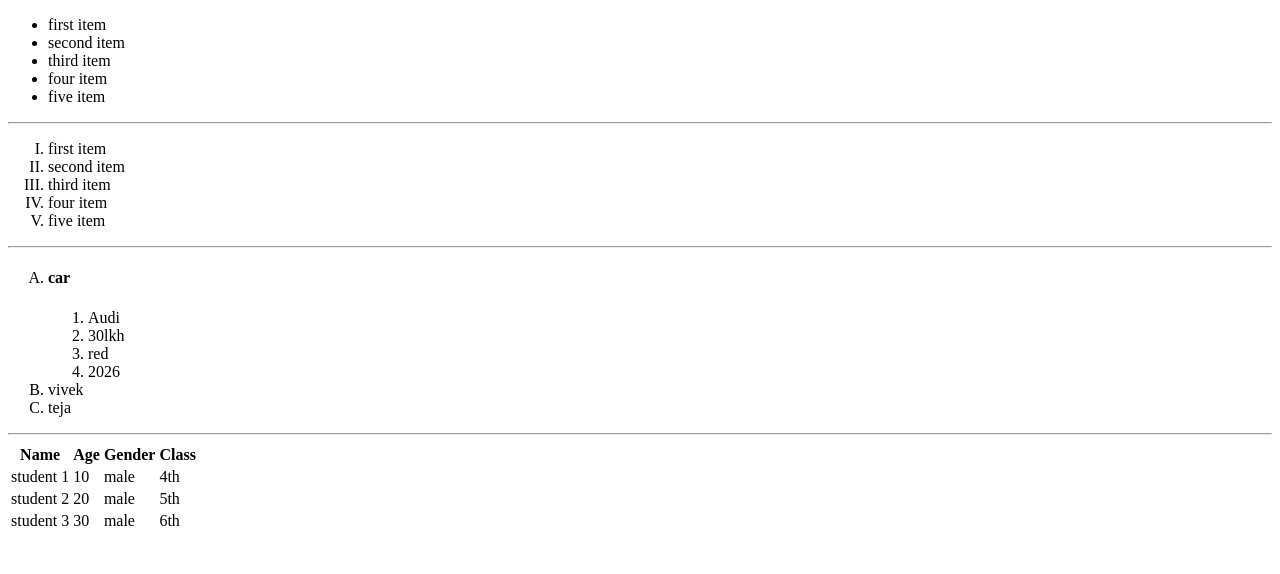
Repository: viveknaidu007/repo-166-Full-Stack-Development-Learning-Notes-Innomatics-2024
Page: module_1-html,css,bootstrap/spet_20_2024/index.html
These files come from the project's save history. The page is drawn as it stood at one moment and after the next save; the edit follows.
The browser window is 1280 px wide. The pictures show the whole page.

Above is the page before, as saved 2024-09-21 12:22:45.

After the next save:
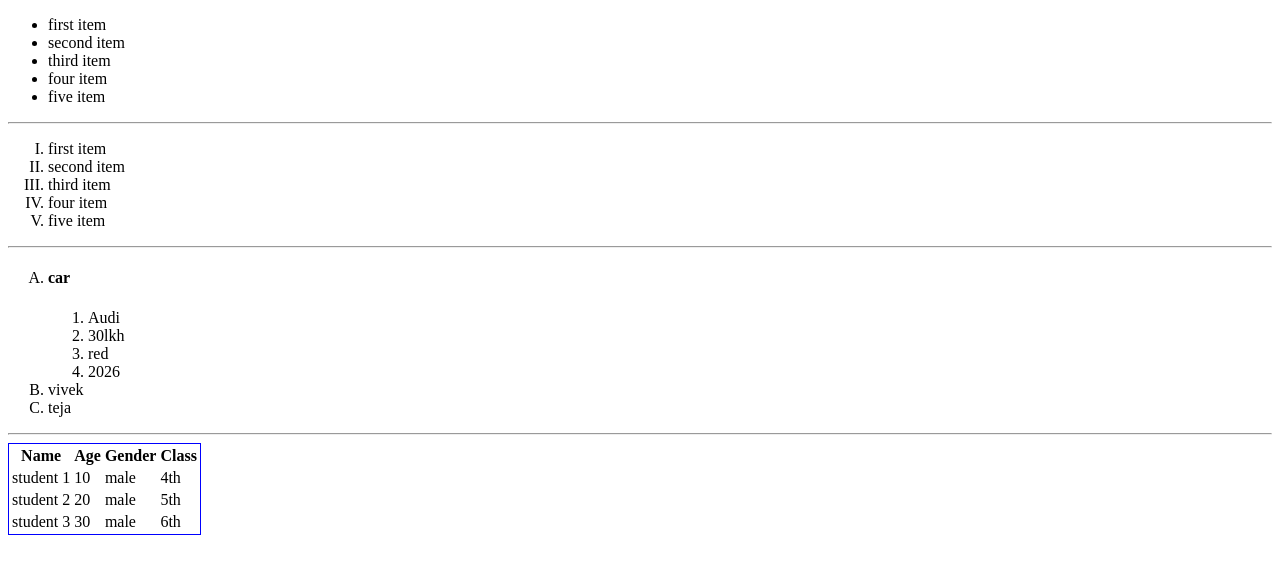
Saved 91 s later.
--- a/module_1-html,css,bootstrap/spet_20_2024/index.html
+++ b/module_1-html,css,bootstrap/spet_20_2024/index.html
@@ -3,7 +3,12 @@
 <head>
     <meta charset="UTF-8">
     <meta name="viewport" content="width=device-width, initial-scale=1.0">
-    <title>Document</title>
+    <title>intro</title>
+    <style>
+        table{
+            border:1px solid blue;
+        }
+    </style>
 </head>
 <body>
     <ul>
